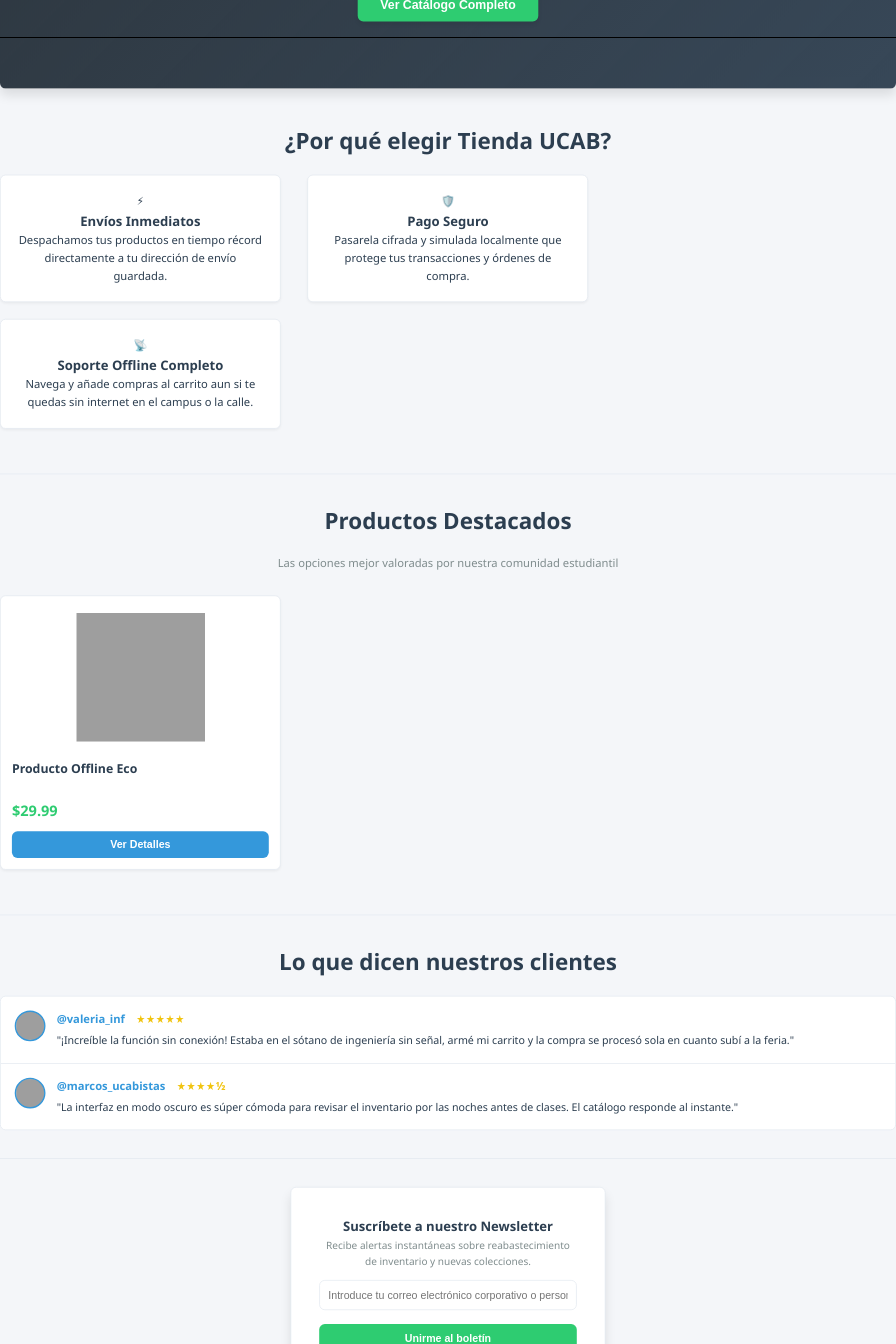
Repository: CamiloCeci/ecommerce-ucab
Page: index.html
The author's editor kept a copy of each file at every save. The page is drawn from the files as they stood at one save, then again after the next save.
The browser window is 1280 px wide. The pictures show the part of the page from y = 311 to 2231 px (the page is 2592 px tall before and 2411 px after), at 70% of full size.
Pictures or frames that could not be fetched are drawn as grey boxes. The page's requests for data from a server got no answer.

Above is the page before, as saved 2026-06-08 11:52:33.

After the next save:
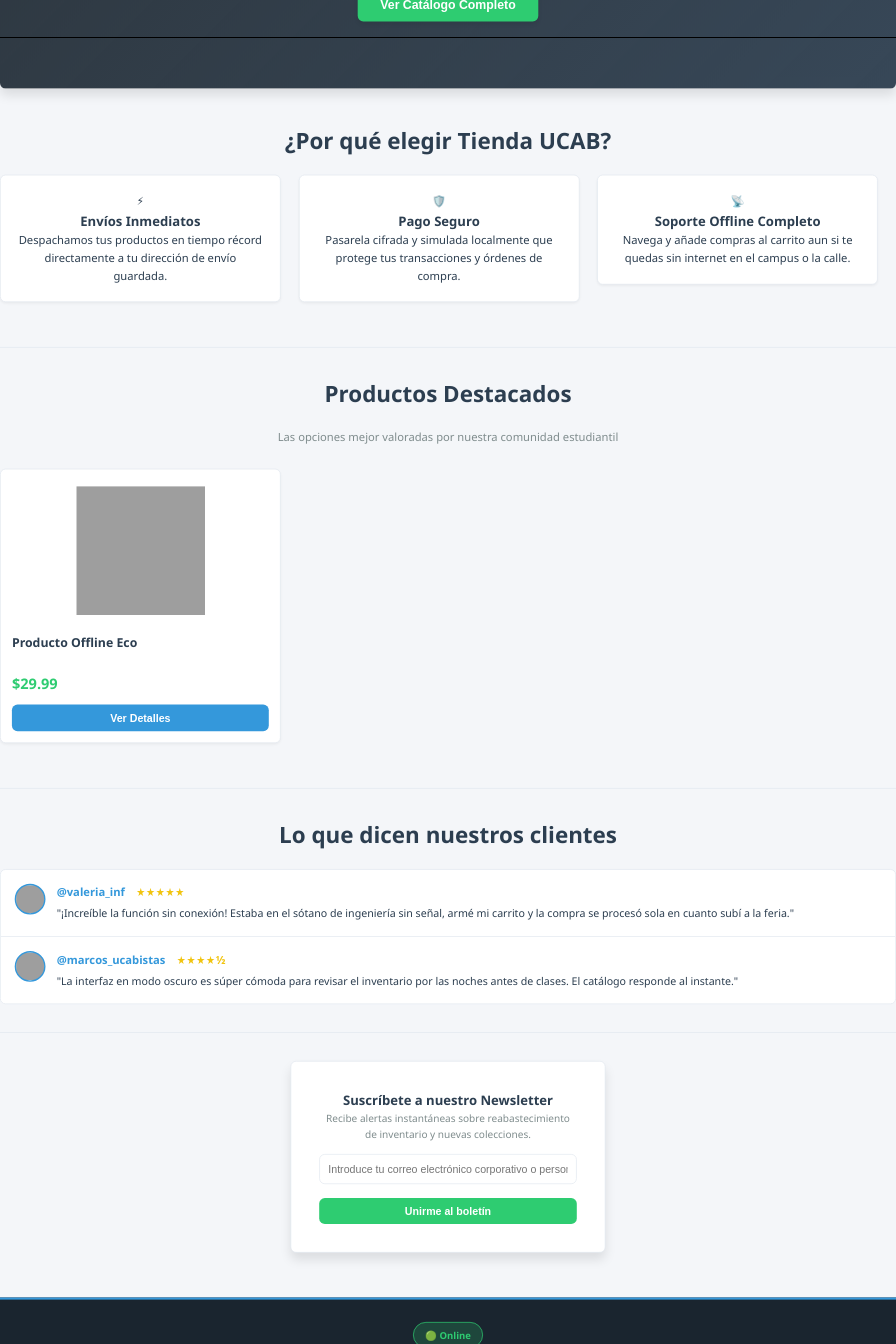
Saved 74 s later.
--- a/css/styles.css
+++ b/css/styles.css
@@ -648,3 +648,50 @@
     font-size: 1rem;
 }
 }
+
+/* ==========================================================================
+   MEDIA QUERIES CORREGIDOS (ALINEACIÓN AUTOMÁTICA Y AJUSTE DE ANCHO)
+   ========================================================================== */
+
+/* DISPOSITIVOS MEDIANOS (Tablets y Pantallas Medianas - 600px en adelante) */
+@media (min-width: 600px) {
+    .product-card, .metric-card {
+        width: 48%;
+        margin-right: 4%;
+        margin-bottom: 1.5rem;
+        float: left;
+    }
+    /* El segundo elemento de cada fila limpia el flotado para la siguiente línea */
+    .product-card:nth-child(2n), .metric-card:nth-child(2n) {
+        margin-right: 0;
+    }
+}
+
+/* DISPOSITIVOS GRANDES (Monitores y Laptops - 992px en adelante) */
+@media (min-width: 992px) {
+    .product-card, .metric-card {
+        width: 31.33%;   /* Se redujo el tamaño para que quepan holgadamente */
+        margin-right: 2%; /* Margen sutil entre tarjetas */
+        margin-bottom: 1.5rem;
+        float: left;
+    }
+
+    /* Cancelamos el comportamiento de tablet (2n) */
+    .product-card:nth-child(2n), .metric-card:nth-child(2n) {
+        margin-right: 2%;
+    }
+
+    /* El tercer elemento (el último de la fila) se pega al borde derecho exacto sin bajar */
+    .product-card:nth-child(3n), .metric-card:nth-child(3n) {
+        margin-right: 0 !important;
+    }
+
+    /* Filtros alineados horizontalmente en una sola línea en monitores */
+    .filters-bar input, .filters-bar select, .filters-bar .price-range {
+        display: inline-block;
+        width: auto;
+        vertical-align: middle;
+        margin-right: 1.5rem;
+    }
+    .filters-bar input { width: 300px; }
+}
